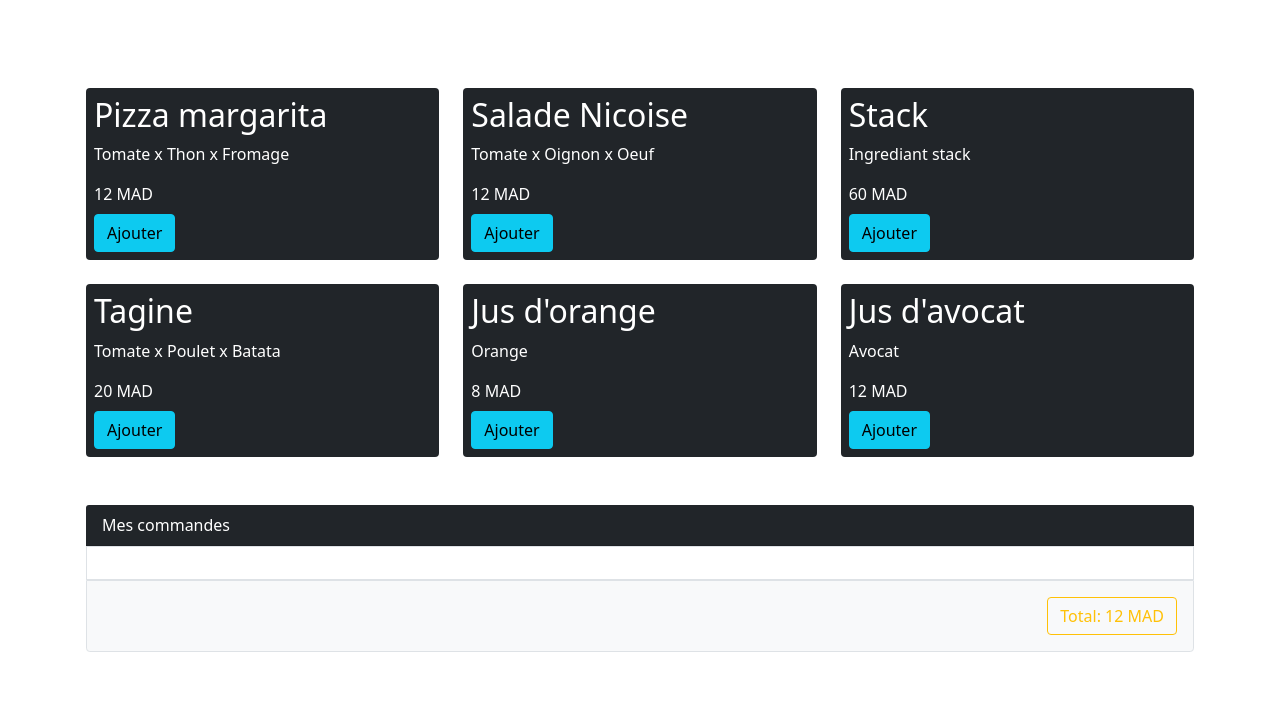
Repository: FS-23/my-restaurant
Page: /
An editor plug-in stored every save of this project. The page is shown before and after the next save, followed by the edit.
The browser window is 1280 px wide. The pictures show the whole page.
The project was rebuilt for these pictures with package versions that can differ from the ones it lists, and the page was loaded fresh each time.

Above is the page before, as saved 2022-04-29 14:44:40.

### public/index.html
<!DOCTYPE html>
<html lang="en">
  <head>
    <meta charset="utf-8" />
    <link rel="icon" href="%PUBLIC_URL%/favicon.ico" />
    <meta name="viewport" content="width=device-width, initial-scale=1" />
    <meta name="theme-color" content="#000000" />
    <meta
      name="description"
      content="Web site created using create-react-app"
    />
    <link rel="apple-touch-icon" href="%PUBLIC_URL%/logo192.png" />
    <!--
      manifest.json provides metadata used when your web app is installed on a
      user's mobile device or desktop. See https://developers.google.com/web/fundamentals/web-app-manifest/
    -->
    <link rel="manifest" href="%PUBLIC_URL%/manifest.json" />
    <!--
      Notice the use of %PUBLIC_URL% in the tags above.
      It will be replaced with the URL of the `public` folder during the build.
      Only files inside the `public` folder can be referenced from the HTML.

      Unlike "/favicon.ico" or "favicon.ico", "%PUBLIC_URL%/favicon.ico" will
      work correctly both with client-side routing and a non-root public URL.
      Learn how to configure a non-root public URL by running `npm run build`.
    -->
    <title>React App</title>
    <!-- CSS only -->
<link href="https://cdn.jsdelivr.net/npm/bootstrap@5.1.3/dist/css/bootstrap.min.css" rel="stylesheet">
  </head>
  <body>
    <noscript>You need to enable JavaScript to run this app.</noscript>
    <div id="root"></div>
    <!--
      This HTML file is a template.
      If you open it directly in the browser, you will see an empty page.

      You can add webfonts, meta tags, or analytics to this file.
      The build step will place the bundled scripts into the <body> tag.

      To begin the development, run `npm start` or `yarn start`.
      To create a production bundle, use `npm run build` or `yarn build`.
    -->
  </body>
</html>

### src/index.css
.plat-container:hover {
     top: -10px;

}

.plat-container {
  top: 0;
  transition: top 0.5s;
}


.app-gradient-container {
   background-image: linear-gradient(160deg , red , blue);
   opacity: 0.2;
}

### src/App.js
import Menu from './components/Menu'
function App() {
  return (
    <div className="">
       <div className='vw-100 vh-100 position-fixed text-white'>
           <div className='position-absolute d-none top-0 w-100 h-100 bg-dark app-gradient-container'>

           </div>

       </div>

       <div className="mt-5 p-3 rounded container ">
              <Menu />
        </div>
    </div>
  );
}

export default App;

### src/components/Menu.js
import { useState } from "react"
import Plat from "./Plat"
function Menu(){
    let [orders , setOrders] = useState([])

    function handleOnClick(id){
          console.log("Je suis le plat numero "+ id)
          let plat  = menuList.find( (menu)=> menu.id == id)

          console.log('plat:', plat)
          setOrders( orders => ([...orders , plat]) )

          setTimeout( function(){
               console.log('orders:', orders)
          },2000)

    }
    let menuList = [
          {id: 1 , name: "Pizza margarita" , price: 12 , ingredient: "Tomate x Thon x Fromage"},
          {id: 2 , name: "Salade Nicoise" , price: 12 , ingredient: "Tomate x Oignon x Oeuf"},
          {id: 3 , name: "Stack" , price: 60 , ingredient: "Ingrediant stack"},
          {id: 4 , name: "Tagine" , price: 20 , ingredient: "Tomate x Poulet x Batata"},
          {id: 5 , name: "Jus d'orange" , price: 8 , ingredient: "Orange"},
          {id: 6 , name: "Jus d'avocat" , price: 12 , ingredient: "Avocat"},
    ]

    function CommandeComponent(props){
        let {plat} = props
        return (
            <div className=" col-1 col-sm-2 text-white col-lg-4 mt-4 position-relative plat-container" >
                <div className="bg-dark p-2 rounded">
                    <h2>{plat.name} </h2>
                    <p> {plat.ingredient}</p>
                    <div>
                        {plat.price} MAD
                    </div>
                    <button className="btn btn-danger mt-2" onClick={()=> {}}>Annulerr</button>
                </div>
            </div>
        )
    }
    return (
        <div className="row">
           {
               menuList.map((menu , index) =>   < Plat key={index} plat={{...menu, onChoose: handleOnClick }} />)
           }
           <div className="card w-100 m-auto border-0 mt-5">
                 <div className="card-header bg-dark text-white">Mes commandes</div>
                  <div className="card-body border row m-0">
                    {
                        orders.map((menu , index) =>  <CommandeComponent key={index} plat={menu} />)
                    }
                  </div>
                  <div className="modal-footer border bg-light ">
                             <button className="btn btn-outline-warning" >
                                  Total: 12 MAD
                             </button>
                  </div>


           </div>

        </div>
    )
}

export default Menu

### src/components/Plat.js

function Plat (props){
    let {plat} = props
    console.log('prpos:', plat)
    return(
        <div className=" col-1 col-sm-2 text-white col-lg-4 mt-4 position-relative plat-container" >
            <div className="bg-dark p-2 rounded">
                <h2>{plat.name} </h2>
                <p> {plat.ingredient}</p>
                <div>
                    {plat.price} MAD
                </div>
                <button className="btn btn-info mt-2" onClick={()=> {plat.onChoose(plat.id)}}>Ajouter</button>
            </div>
       </div>


    )
}

export default Plat

Loaded but not shown: src/index.js (common file)

After the next save:
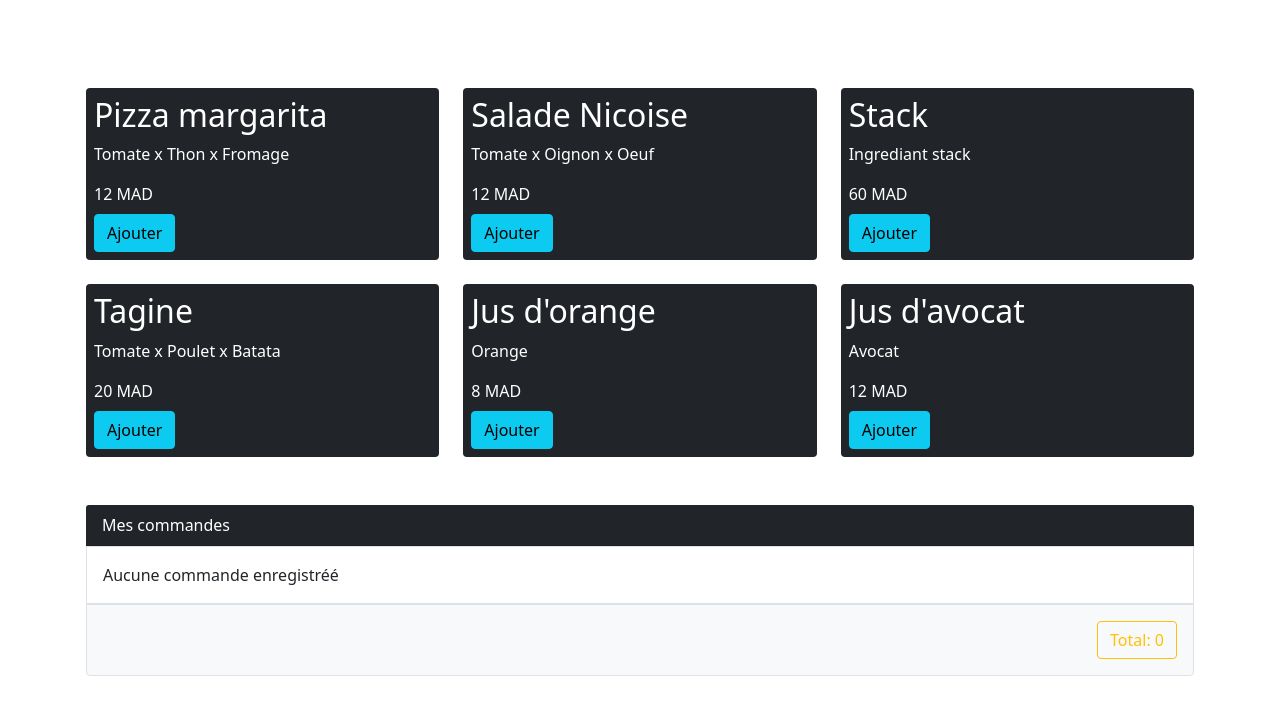
Saved 2 min 8 s later.
--- a/src/components/Menu.js
+++ b/src/components/Menu.js
@@ -2,6 +2,7 @@ import { useState } from "react"
 import Plat from "./Plat"
 function Menu(){
     let [orders , setOrders] = useState([])
+    let [totalPrice , setTotalPrice] = useState(0)
 
     function handleOnClick(id){
           console.log("Je suis le plat numero "+ id)
@@ -15,6 +16,7 @@ function Menu(){
           },2000)
 
     }
+
     let menuList = [
           {id: 1 , name: "Pizza margarita" , price: 12 , ingredient: "Tomate x Thon x Fromage"},
           {id: 2 , name: "Salade Nicoise" , price: 12 , ingredient: "Tomate x Oignon x Oeuf"},
@@ -48,12 +50,12 @@ function Menu(){
                  <div className="card-header bg-dark text-white">Mes commandes</div>
                   <div className="card-body border row m-0">
                     {
-                        orders.map((menu , index) =>  <CommandeComponent key={index} plat={menu} />)
+                       orders.length == 0 ? "Aucune commande enregistréé" : orders.map((menu , index) =>  <CommandeComponent key={index} plat={menu} />)
                     }
                   </div>
                   <div className="modal-footer border bg-light ">
                              <button className="btn btn-outline-warning" >
-                                  Total: 12 MAD
+                                  Total: {totalPrice}
                              </button>
                   </div>
 
